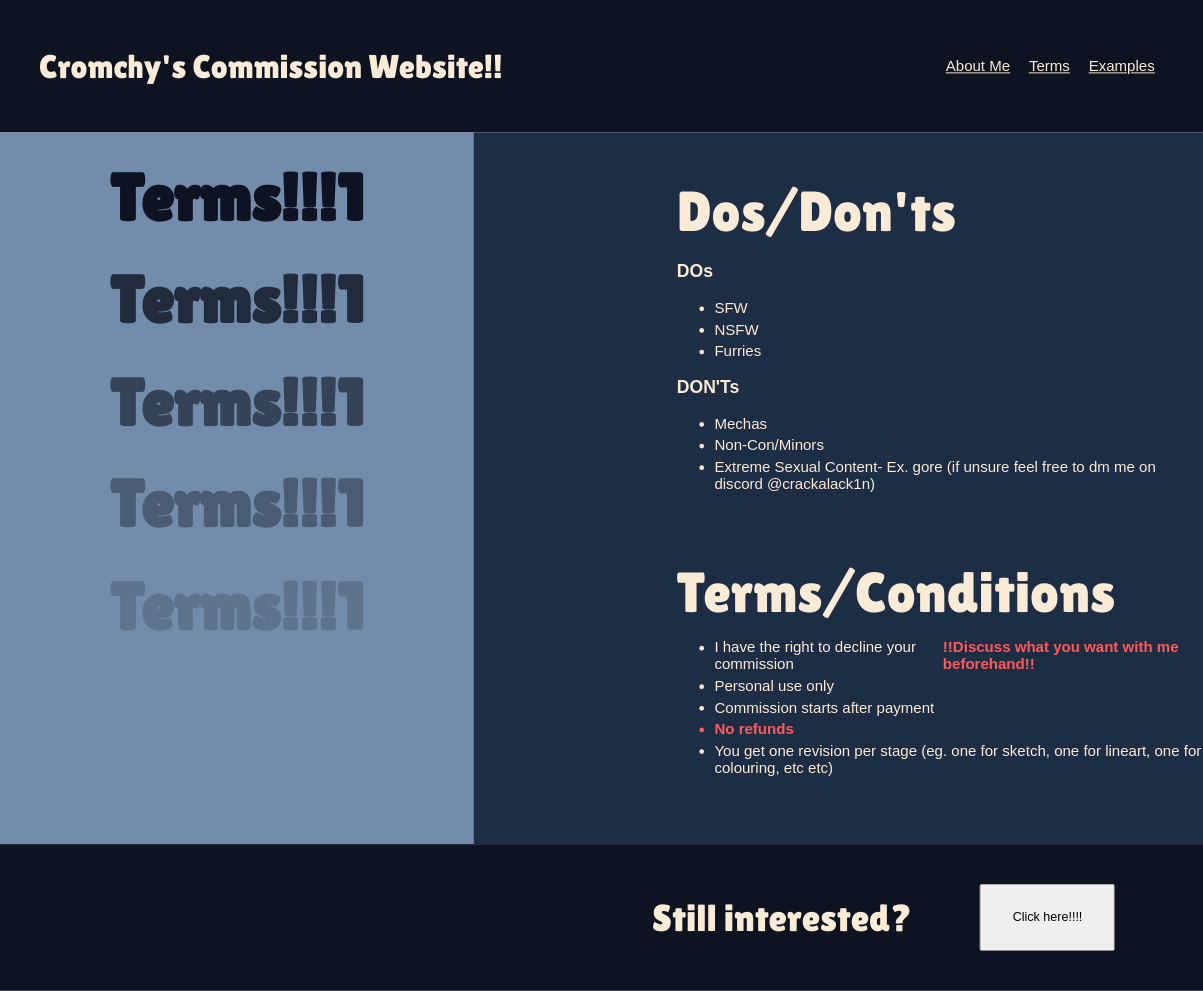
Repository: crackaLack1n/Cromchys_Commission_Site
Page: /Terms
These files come from the project's save history. The page is drawn as it stood at one moment and after the next save; the edit follows.
The browser window is 1280 px wide. The pictures show the whole page, at 94% of full size.
The project was rebuilt for these pictures with package versions that can differ from the ones it lists, and the page was loaded fresh each time. The framework's server and built-in components were replaced by stand-ins that run in the browser. Also part of the build but not shown: next.config.mjs.

Above is the page before, as saved 2024-06-14 20:08:47.

After the next save:
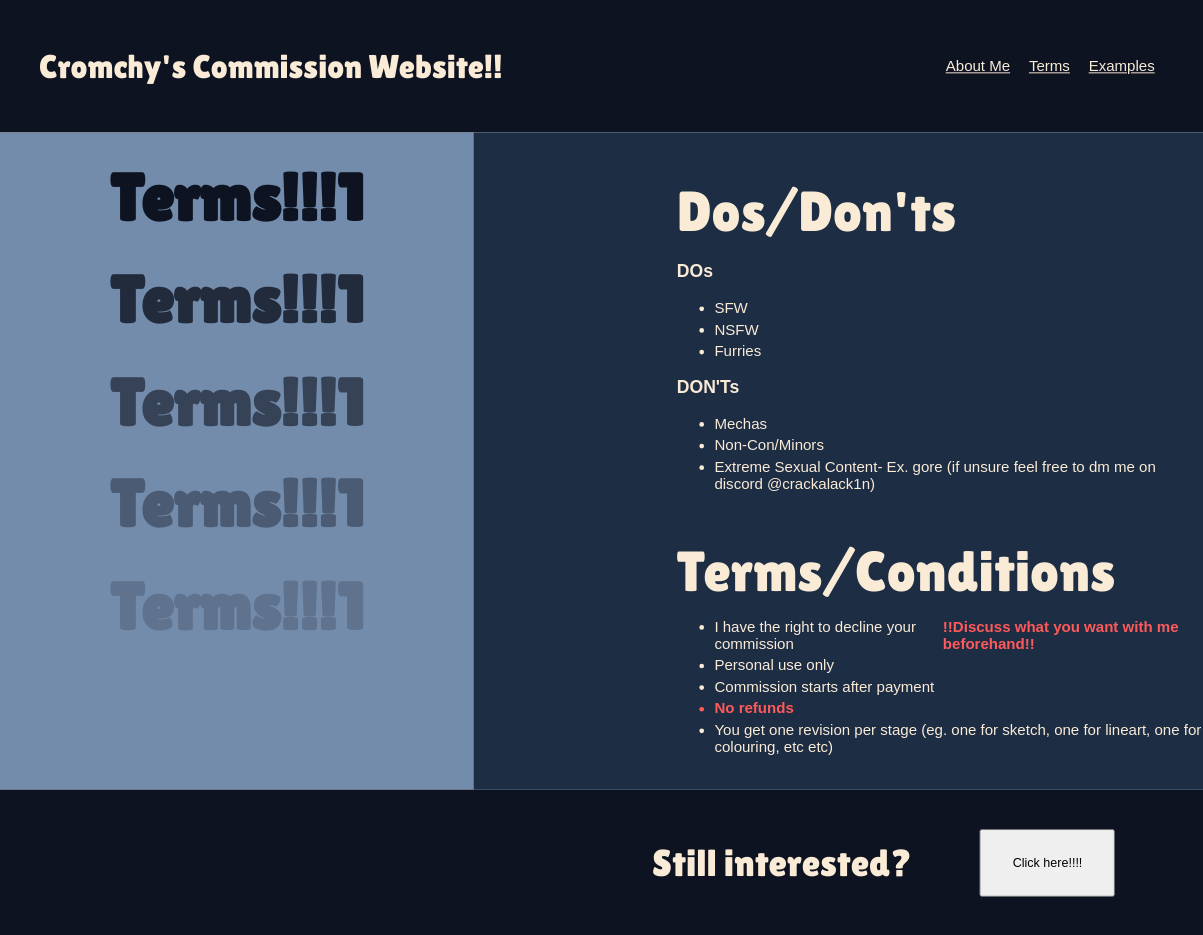
Saved 15 s later.
--- a/styles/Terms.module.css
+++ b/styles/Terms.module.css
@@ -48,7 +48,7 @@ height: auto;
 }
 
 .section {
-margin-bottom: 10vh;
+margin-bottom: 5vh;
 width: 100%;
 }
 
